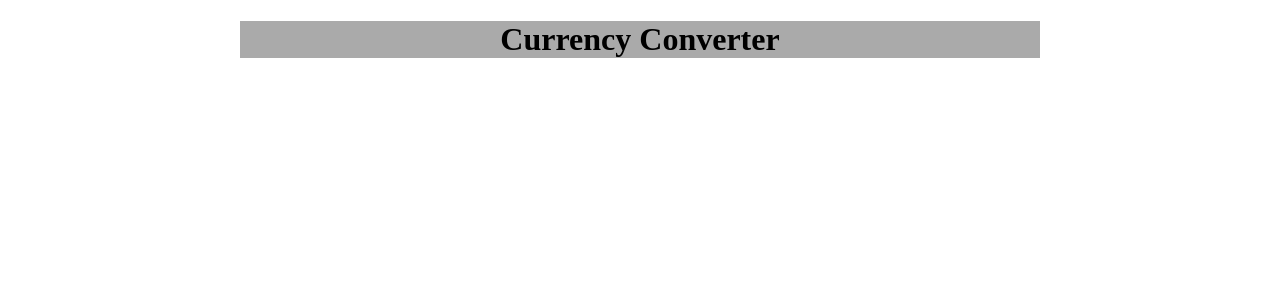
Repository: kkasperczyk/currency-converter
Page: index.html
An editor plug-in stored every save of this project. The page is shown before and after the next save, followed by the edit.
The browser window is 1280 px wide. The pictures show the whole page.

Above is the page before, as saved 2020-06-15 21:53:14.

### index.html
<!DOCTYPE html>
<html lang="en">

<head>
    <meta charset="UTF-8">
    <meta name="viewport" content="width=device-width, initial-scale=1.0">
    <link rel="stylesheet" href="https://cdnjs.cloudflare.com/ajax/libs/normalize/8.0.1/normalize.min.css"
        integrity="sha256-l85OmPOjvil/SOvVt3HnSSjzF1TUMyT9eV0c2BzEGzU=" crossorigin="anonymous" />
    <link rel="stylesheet" href="css/global.css">
    <link rel="stylesheet" href="css/container.css">
    <link rel="stylesheet" href="css/header.css">
    <script defer src="js/script.js"></script>
    <link href="https://fonts.googleapis.com/css2?family=Lato:ital,wght@0,400;0,700;1,400&display=swap" rel="stylesheet">
    <title>Currency Converter</title>
</head>

<body>
    <div class="container">
        <header class="header">
            <h1 class="header__title">Currency Converter</h1>
        </header>
    </div>
</body>

</html>

### css/global.css
html {
    box-sizing: border-box;
}

*, ::after, ::before {
    box-sizing: inherit;
}

body {

}

### css/container.css
.container {
    max-width: 800px;
    margin: 0 auto;
    background-color: #aaa;
}

### css/header.css
.header {
    text-align: center;
}

### js/script.js
console.log("Hi all developers! Nice to see you here.");

After the next save:
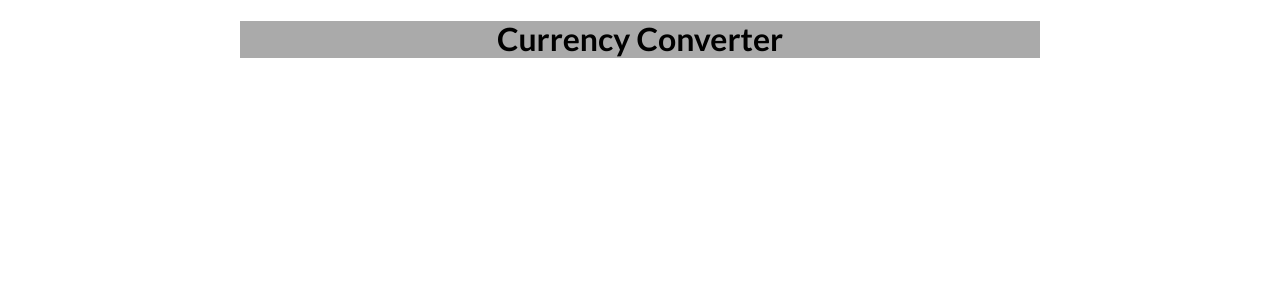
Saved 9 s later.
--- a/css/global.css
+++ b/css/global.css
@@ -1,11 +1,13 @@
 html {
-    box-sizing: border-box;
+  box-sizing: border-box;
 }
 
-*, ::after, ::before {
-    box-sizing: inherit;
+*,
+::after,
+::before {
+  box-sizing: inherit;
 }
 
 body {
-
+  font-family: "Lato", sans-serif;
 }
